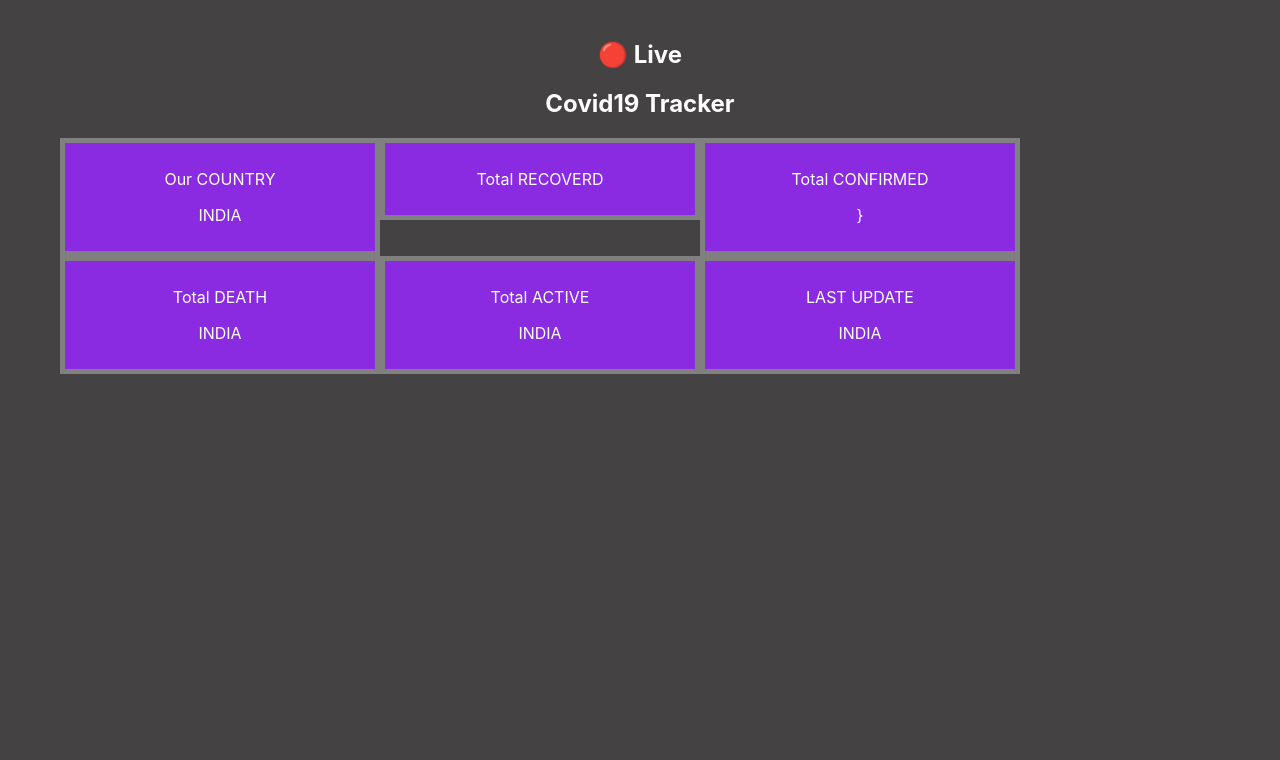
Repository: Aniketlamage/covid19-dashboard
Page: /
These files come from the project's save history. The page is drawn as it stood at one moment and after the next save; the edit follows.
The browser window is 1280 px wide. The pictures show the whole page.
The page's requests for data from a server got no answer. The project was rebuilt for these pictures with package versions that can differ from the ones it lists, and the page was loaded fresh each time. No one was signed in, and anything a server would have sent is missing.

Above is the page before, as saved 2021-09-30 15:06:01.

### src/App.js
import React from 'react'
import Covid from './components/covid';
const App = () => {
return(
<>
<Covid />
</>
)
}

export default App;

### src/components/covid.js
import React, { useEffect, useState } from 'react'
import "./covid.css"

const Covid = () => {
    const [data, setData] =  useState([]);
    const getCovidData = async () =>{
        try{
            const res = await fetch('https://data.covid19india.org/data.json')
            const actualData = await res.json();
            console.log(actualData.statewise[0]);
            setData(actualData.statewise[0]);
           }
        catch(err){console.log(err);}
    }

    useEffect(() => {
        getCovidData ();
    }, []);
return(

<>
<section>
<h1>🔴 Live </h1>
<h2>Covid19 Tracker</h2>

<ul>
    <li className = "card">
        <div className ="card__main">
            <div className ="card__inner">
                <p className="card__name"><span> Our </span> COUNTRY </p>
                <p classname="card__total card__small">INDIA</p>
            </div>
        </div>
    </li>
    <li className = "card">
        <div className ="card__main">
            <div className ="card__inner">
                <p className="card__name"><span> Total </span> RECOVERD </p>
                <p classname="card__total card__small">{data.recovered}</p>
            </div>
        </div>
    </li><li className = "card">
        <div className ="card__main">
            <div className ="card__inner">
                <p className="card__name"><span> Total </span> CONFIRMED </p>
                <p classname="card__total card__small">{data.confirmed}}</p>
            </div>
        </div>
    </li><li className = "card">
        <div className ="card__main">
            <div className ="card__inner">
                <p className="card__name"><span> Total </span> DEATH </p>
                <p classname="card__total card__small">INDIA</p>
            </div>
        </div>
    </li><li className = "card">
        <div className ="card__main">
            <div className ="card__inner">
                <p className="card__name"><span> Total </span> ACTIVE </p>
                <p classname="card__total card__small">INDIA</p>
            </div>
        </div>
    </li><li className = "card">
        <div className ="card__main">
            <div className ="card__inner">
                <p className="card__name"><span> LAST </span> UPDATE </p>
                <p classname="card__total card__small">INDIA</p>
            </div>
        </div>
    </li>
</ul>
</section>
</>

)

}
export default Covid;

### src/components/covid.css

/*  Basic Styling */
.main,body {
    background-color: rgb(68, 66, 66);
    padding: 20px;
    text-align: center;
    min-height: 100vh;
    align-items: center;

}

h1, p, h2 {
    color: white;
}

ul{
    list-style-type:none;
    display: flex;
    flex-wrap: wrap;
}
div.card__inner {
    background-color: blueviolet;
    width: 290px;
    padding: 10px;
    border: 5px solid gray;
    margin: 0;
    align-items: center;
  }
.card_main {
    height: 150px;
    width: 400px;
    margin: 25px;
    align-items: center;
    background-color: rgb(116, 116, 209);
}

.card_name{
    font-size: 25px;
    font-weight: bold;
}

.card_name span {
    font-size: 15px;
}

.card_total {
    font-size: 20px;
    font-weight: bold;

}
.card__small {
    font-size: 80px;
}
@media (max-width: 700px)
{
    .card_total{font-size: 70px;}
}
@media (max-width: 700px)
{
    .card{
        width: 100%;
        height: 290px;
        margin-right: 0;
        float: none;
    }
    .card .card__inner,
    .card .card__back{
        height: 290px;
    }
}

.card {
    transition: transform .3s;
  }

  .card :hover {
    transition: transform .3s;
    -ms-transform: scale(1.2);
    -webkit-transform: scale(1.2);
    transform: scale(1.2);
  }

Loaded but not shown: public/index.html (common file); src/index.js (common file); src/index.css (common file); src/reportWebVitals.js (common file)

After the next save:
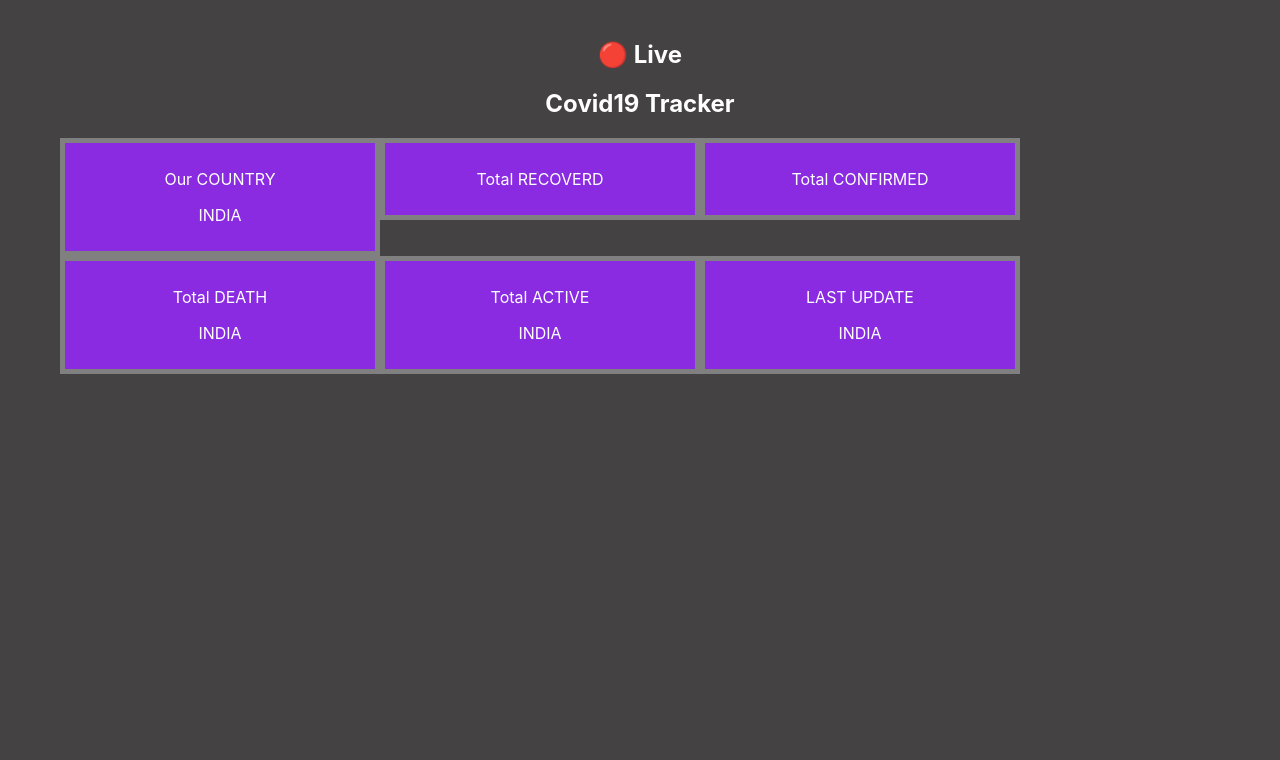
Saved 7 s later.
--- a/src/components/covid.js
+++ b/src/components/covid.js
@@ -43,7 +43,7 @@ return(
         <div className ="card__main">
             <div className ="card__inner">
                 <p className="card__name"><span> Total </span> CONFIRMED </p>
-                <p classname="card__total card__small">{data.confirmed}}</p>
+                <p classname="card__total card__small">{data.confirmed}</p>
             </div>
         </div>
     </li><li className = "card">
